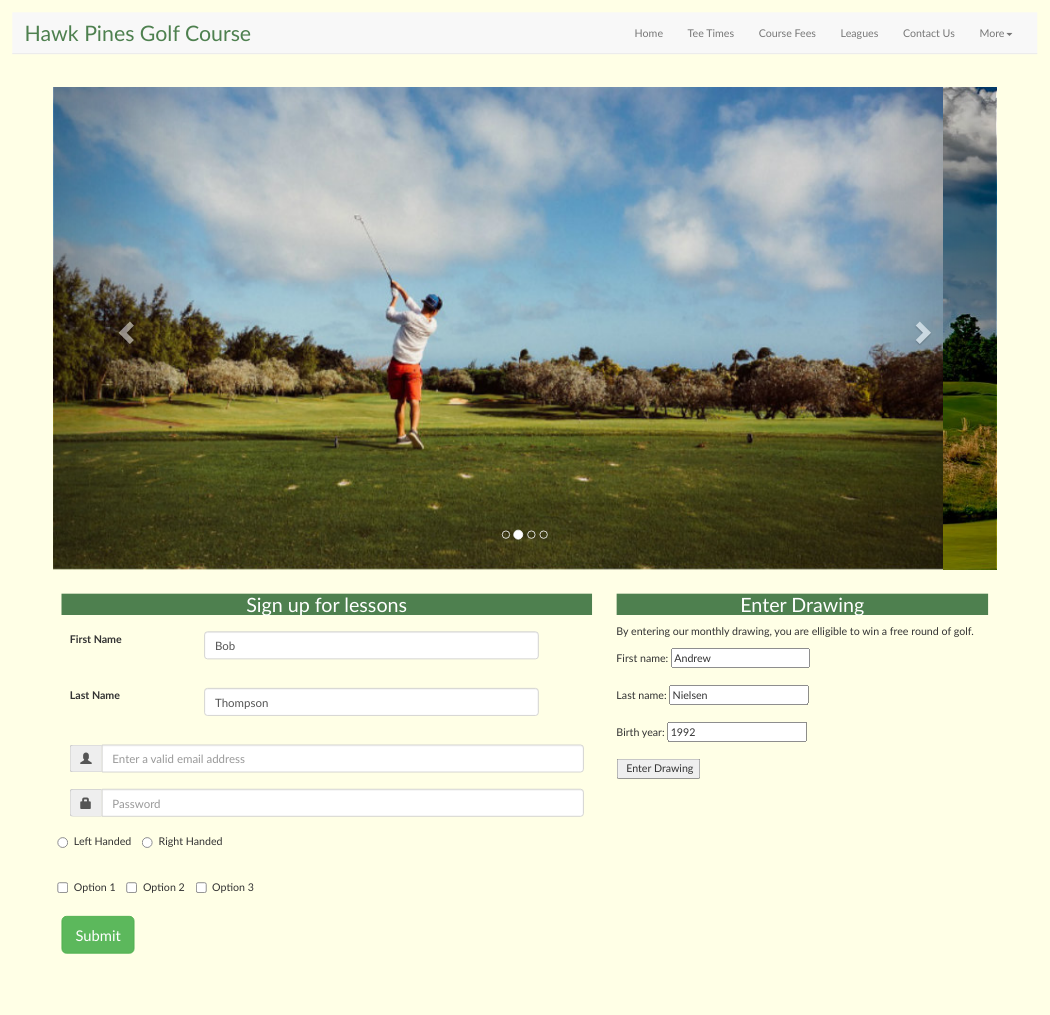
Repository: alia20/Golfcourse
Page: clubhouse.html
The author's editor kept a record of every edit. The page is drawn from the files as they stood at one moment, then again after the next edit.
The browser window is 1280 px wide. The pictures show the whole page, at 82% of full size.

Above is the page before.

### clubhouse.html
<!DOCTYPE html>
<html lang="en">
<head>
 <meta charset="utf-8">
 <meta name="viewport" content="width=device-width, initial-scale=1">
<!-- clubhouse.html - Group project
        Written by:  Andrew Nielsen  Nielsena5@csp.edu
		Written: 12/1/2016
		Revised: 12/11/2016
   -->

<!--
Bootstrap Screen Resolutions:
lg - Large width      retina    1200px+
md - medium width     desktop    992px+
sm - small width      tablets    768px+
xs - xtra small       mobile       0px+
-->
 <title>Hawk Pines Golf Course</title>

</head>
<body>
<nav class="navbar navbar-default navbar-static-top">
    <div class="container-fluid">
        <div class="navbar-header">
            <span class="sr-only"><a href="#skip">Skip Navigation</a></span>

            <button type="button" class="navbar-toggle" data-toggle="collapse" data-target="#navbarcollapse">
                <span class="icon-bar"></span>
                <span class="icon-bar"></span>
                <span class="icon-bar"></span>
            </button>
            <a href="#" class="navbar-brand">Hawk Pines Golf Course</a>
        </div>
        <div class="navbar-right collapse navbar-collapse" id="navbarcollapse">
            <ul class="nav navbar-nav">
                <li> <a href="index.html">Home</a> </li>
                <li> <a href="teeTimes.html">Tee Times</a></li>
                <li> <a href="fees.html">Course Fees</a></li>
                <li> <a href="leagues.html">Leagues</a></li>
                <li> <a href="contact.html">Contact Us</a></li>
                <li> <a href="#" data-toggle="dropdown">More<span class="caret"></span></a>
                    <ul class="dropdown-menu">
                        <li> <a href="gallery.html">Photo Gallery</a></li>
                        <li> <a href="clubhouse.html">Clubhouse</a></li>
                        <li> <a href="#">Twitter</a></li>
                    </ul>
                </li>
            </ul>
        </div>
    </div>
</nav>
<div class="container">
   <p id="skip">
   </p>
<div id="myCarousel" class="carousel slide" data-ride="carousel">
    <!-- Indicators -->
    <ol class="carousel-indicators">
      <li data-target="#myCarousel" data-slide-to="0" class="active"></li>
      <li data-target="#myCarousel" data-slide-to="1"></li>
      <li data-target="#myCarousel" data-slide-to="2"></li>
      <li data-target="#myCarousel" data-slide-to="3"></li>
    </ol>

    <!-- Wrapper for slides -->
    <div class="carousel-inner" role="listbox">
      <div class="item active">
        <img src="graphic/golf1_1000x511.jpg" alt="golf1" width="500" height="200">
      </div>

      <div class="item">
        <img src="graphic/golf2_1000x576.jpg" alt="golf2" width="500" height="200">
      </div>

      <div class="item">
        <img src="graphic/golf5_1000x597.jpg" alt="golf5" width="500" height="200">
      </div>

      <div class="item">
        <img src="graphic/golf4_1000x563.jpg" alt="golf4" width="500" height="200">
      </div>
    </div>

    <!-- Left and right controls -->
    <a class="left carousel-control" href="#myCarousel" role="button" data-slide="prev">
      <span class="glyphicon glyphicon-chevron-left" aria-hidden="true"></span>
      <span class="sr-only">Previous</span>
    </a>
    <a class="right carousel-control" href="#myCarousel" role="button" data-slide="next">
      <span class="glyphicon glyphicon-chevron-right" aria-hidden="true"></span>
      <span class="sr-only">Next</span>
    </a>
  </div>
<div class="row">
<div class="col-xs-7">
    <h3>Sign up for lessons</h3>
<form>
    <div class="form-group row">
        <label for="txtFname" class="col-xs-3">First Name</label>
        <div class="col-xs-8">
        <input class="form-control"
            type="text"
            name="txtFname"
            id="txtFname"
            value="Bob">
        </div>
    </div>
    <div class="form-group row">
        <label for="txtLname" class="col-xs-3 col-form-label">Last Name</label>
        <div class="col-xs-8">
        <input class="form-control"
            type="text"
            name="txtLname"
            id="txtLname"
            value="Thompson">
        </div>
    </div>
    <div class="input-group">
        <span class="input-group-addon"><i class="glyphicon glyphicon-user"></i></span>

        <input class="form-control"
            type="email"
            placeholder="Enter a valid email address"
            name="email"
            id="email">

    </div>
    <div class="input-group">
        <span class="input-group-addon"><i class="glyphicon glyphicon-lock"></i></span>

        <input class="form-control"
            type="psw"
            placeholder="Password"
            name="psw"
            id="psw">

    </div>
    <div class="form-group row">
        <label class="radio-inline"><input type="radio" name="optradio">Left Handed</label>
        <label class="radio-inline"><input type="radio" name="optradio">Right Handed</label>
    </div>
    <div class="form-group row">
        <label class="checkbox-inline"><input type="checkbox" name="chk" value="">Option 1</label>
        <label class="checkbox-inline"><input type="checkbox" name="chk" value="">Option 2</label>
        <label class="checkbox-inline"><input type="checkbox" name="chk" value="">Option 3</label>
    </div>
        <button type="submit" class="btn btn-lg btn-success">Submit</button>
</form>
</div>
<div class="col-xs-5">
    <div id="frame">
         <h3>Enter Drawing</h3>
             <p>By entering our monthly drawing, you are elligible to win
                a free round of golf.</p>

 <!-- Set up the form -->
 <form id="frmUserInput">
 First name: <input type="text"
 name="txtFiname"
 id="txtFiname"
 value="Andrew"
 onblur="showResult( );" />
 <br /><br />
 Last name: <input type="text"
 name="txtLaname"
 id="txtLaname"
 value="Nielsen"
 onblur="showResult( );" />
 <br /><br />
 Birth year: <input type="text"
 name="txtYear"
 id="txtYear"
 value="1992"
 onChange="showResult();" />
 <br /><br />
 <button type="button"
 name="btnHowOld"
 onClick="showResult( );">
 Enter Drawing
 </button>
 </form>

 <p>
 <!-- Set up a placeholder to display the results -->
 <span id="message"></span>
 </p>
    </div>




</div>
</div>
 <div class="row">
      <div class="col-xs-4">
         <h3></h3>
         <p>
         </p>
      </div>

      <div class="col-xs-4">
         <h3></h3>
         <p>
         </p>
      </div>

      <div class="col-xs-4">
         <h3></h3>
         <p>
         </p>
      </div>
   </div>
</div>


<!-- After the page loads, and the user has something to look at,
     download the files needed for jQuery and Bootstrap.
-->
<!-- (1) jQuery library -->
<script src="https://ajax.googleapis.com/ajax/libs/jquery/1.12.0/jquery.min.js"></script>
<!-- (2) Latest compiled JavaScript -->
<script src="https://maxcdn.bootstrapcdn.com/bootstrap/3.3.6/js/bootstrap.min.js"></script>
<!-- (3) Latest compiled and minified CSS -->
<link rel="stylesheet" href="https://maxcdn.bootstrapcdn.com/bootstrap/3.3.6/css/bootstrap.min.css" />
<!-- (4) Bring in local JavaScript functions -->
<!-- <script src="script.js"></script> -->
<link href="project.css" rel="stylesheet" type="text/css" />
<script src="script.js"></script>

</body>
</html>

### project.css
/*      project.css - style sheet for the project
        Written by:  Amin Ali  alia20@csp.edu
        Csc135: Project CSS
		Written: 10/29/2016
		Revised: 11/13/2016
   */
a {
text-decoration:      none;
}

body {
background:           #ffffe6;
font-family:          optima, arial, helvetica, san-serif;
font-size:            130%;
line-height:          1.5;
padding:              15px;
}

button {
padding-left:         10px;
}

footer {
background-color:     #737373;
font-size:            1em;
color:                white;
}

form {
float:               left;
max-width:           100%;
}

h1 {
background:           #737373;
color:                #ffff00;
margin:               10px,10px;
max-width:            1500px;
padding:              10px;
text-align:           center;

}

h3 {
background:           #4e804f;
color:                white;
margin:               5px, auto;
max-width:            1500px;
padding:              5px,5px;
text-align:           center;
}

nav .container-fluid .navbar-header a  {
color:                #4e804f;
font-size:            2em;
}

.aside {
float:                right;
max-width:            30%;
}

.carousel-inner  .item  img,
.carousel-inner  .item  a  img {
width:                100%;
margin:               auto;
}

.colorRow {
background:           #ffffff;
border:               1px black solid;
display:              block;
height:               175px;
margin:               0px auto;
max-width:            1000px;
padding:              2px 15px;
}

.colorBox {
height:               80px;
margin:               5px 5px 5px 0px;
width:                80px;
}

.colorAndDesc {
float:                left;
width:                100px;
}

.container {
max-width:            1500px;
padding:              10px;
}

.input-group {
padding:              10px;
}

.row {
padding:              10px;
}

.table {
clear:                both;
max-width:            960px;
padding:              10px;
}

.thumbnail a {
text-decoration:      none;
}






.book_date {
    padding: 6px 8px;
    border: 1px solid #00AD8A;
    margin-bottom: 25px;
}
.people input[type="text"] {
    border: 1px solid #00AD8A;
    outline: none;
    padding: 8px 8px;
    width: 100%;
    color: #000;
    font-size: 0.9em;
	background:transparent;
}
.glyphicon.glyphicon-calendar {
    color: blue;
}
.types {
    width: 99%;
    padding: .4em 1em;
    font-size: 1em;
    outline: none;
    text-transform: capitalize;
    border: 1px solid #00AD8A;
	color: #000;
	    background: transparent;
}
.people input[type="submit"] {
    width: 100%;
    padding: 0.5em;
    margin-top: 1.5em;
    background: #00AD8A;
    outline: none;
    border: none;
    color: #fff;
}
.booking h5 {
    font-size: 1em;
    margin-bottom: 2em;
}
.booking-grids {
    margin-top: 2em;
}
.booking {
	padding: 5em 0;
	background:rgba(0, 173, 138, 0.06);
}



.footer{
	background-color: #c5a8ff;
	font-size: 1em;
	color: white;
}

### script.js
/* script.js - external JavaScript file for group project
    Amin Ali  alia20@csp.edu
   Written: 12-9-16
   Revisions: 12-12-16

*/

function showResult()
{
// Set up variables
var finame = "";
var laname = "";
var birthYear = "";
var placeholder;

/**** Collect the data using the DOM *****/
finame = document.getElementById("txtFiname").value;
laname = document.getElementById("txtLaname").value;
birthYear = document.getElementById("txtYear").value;

/**** Calculate age *****/
// Convert input to int
birthYear = parseInt(birthYear);
/**** Display the results *****/
// Find the placeholder on the page
placeholder = document.getElementById("message");
// Fill the placeholder with updated String information
placeholder.innerHTML = "Hello " + finame + " " + laname + ". You are entered for a chance to win a free round of golf";
} // end of showResult( )

After the next edit:
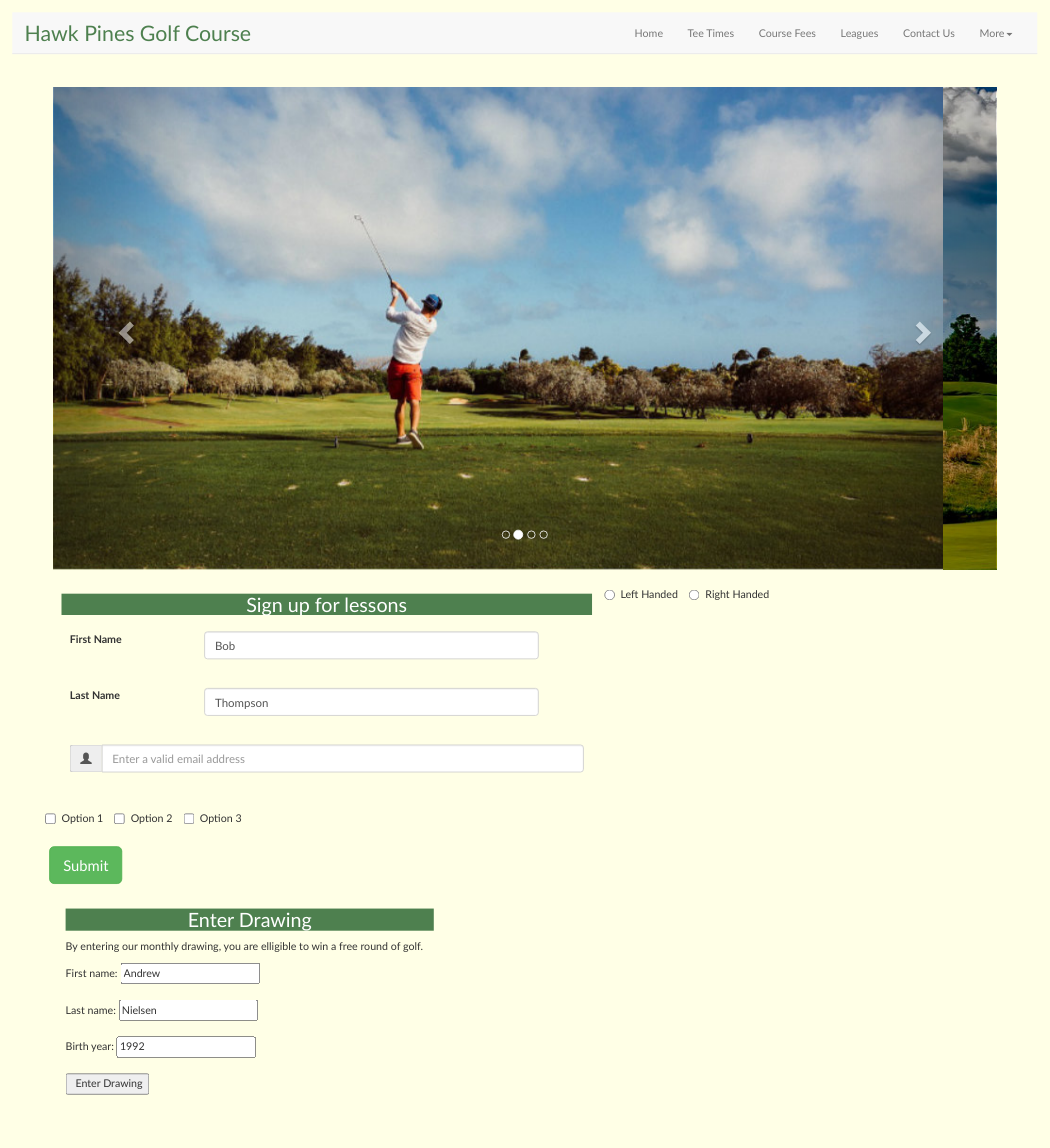
The edit:
--- a/clubhouse.html
+++ b/clubhouse.html
@@ -125,14 +125,6 @@
             id="email">
 
     </div>
-    <div class="input-group">
-        <span class="input-group-addon"><i class="glyphicon glyphicon-lock"></i></span>
-
-        <input class="form-control"
-            type="psw"
-            placeholder="Password"
-            name="psw"
-            id="psw">
 
     </div>
     <div class="form-group row">
